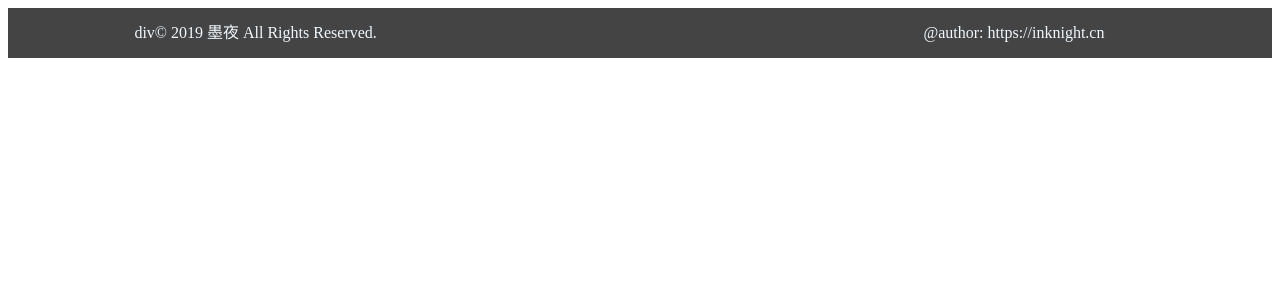
Repository: inkn/Blog
Page: views/_partials/footer.html
The author's editor kept a copy of each file at every save. The page is drawn from the files as they stood at one save, then again after the next save.
The browser window is 1280 px wide. The pictures show the whole page.

Above is the page before, as saved 2019-04-11 20:39:08.

### views/_partials/footer.html
<div style="height: 50px;line-height: 50px;
background-color: #444;color: aliceblue;text-align: center;">
<div style="float:left;margin-left: 10%;margin-right:30%;">div© 2019 墨夜 All Rights Reserved.</div>        <a >@author: https://inknight.cn</a></div>

After the next save:
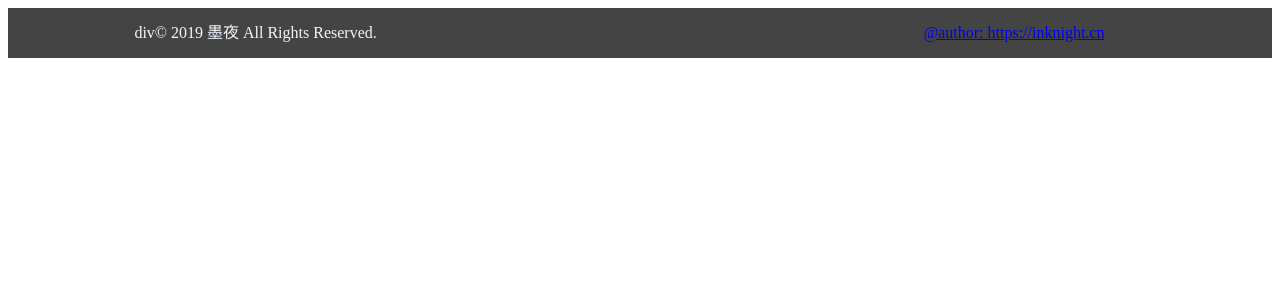
Saved 22 s later.
--- a/views/_partials/footer.html
+++ b/views/_partials/footer.html
@@ -1,3 +1,3 @@
 <div style="height: 50px;line-height: 50px;
 background-color: #444;color: aliceblue;text-align: center;">
-<div style="float:left;margin-left: 10%;margin-right:30%;">div© 2019 墨夜 All Rights Reserved.</div>        <a >@author: https://inknight.cn</a></div>
+<div style="float:left;margin-left: 10%;margin-right:30%;">div© 2019 墨夜 All Rights Reserved.</div>        <a href="https://inknight.cn">@author: https://inknight.cn</a></div>
